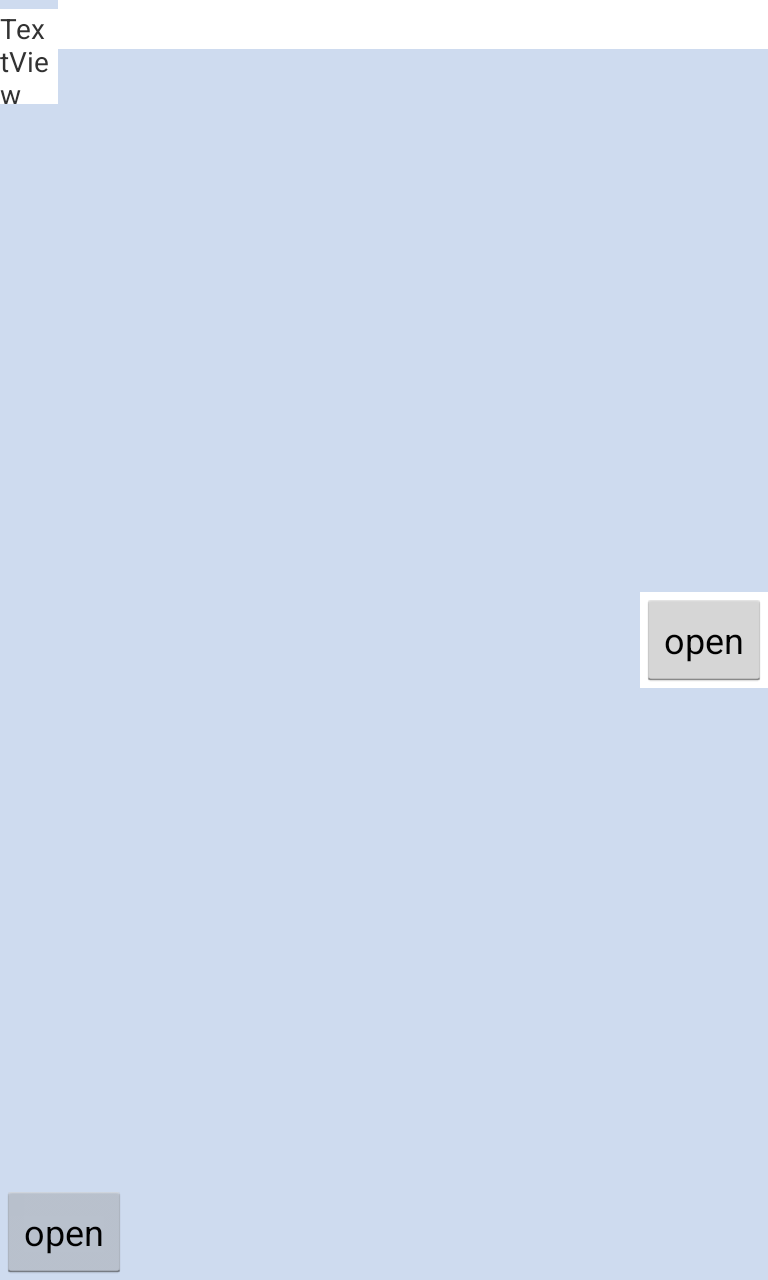
Repository: supremehappy/Android
Layout: FrameTest1/res/layout/activity_main.xml
An editor plug-in stored every save of this project. The layout is shown before and after the next save, followed by the edit.
It is drawn on a 768 x 1280 px phone screen (xhdpi) without system bars, with theme AppTheme; the app's code is not run.

Above is the layout before, as saved 2017-09-04 02:23:18.

### FrameTest1/res/layout/activity_main.xml
<FrameLayout xmlns:android="http://schemas.android.com/apk/res/android"
    xmlns:tools="http://schemas.android.com/tools"
    android:id="@+id/FrameLayout1"
    android:layout_width="match_parent"
    android:layout_height="match_parent"
    tools:context="${relativePackage}.${activityClass}" >

    <LinearLayout
        android:layout_width="match_parent"
        android:layout_height="match_parent"
        android:background="#cedbef"
        android:orientation="vertical" >

        <LinearLayout
            android:layout_width="match_parent"
            android:layout_height="wrap_content" >

            <TextView
                android:id="@+id/textView1"
                android:layout_width="wrap_content"
                android:layout_height="wrap_content"
                android:layout_weight="1"
                android:background="#ffffff"
                android:text="TextView" />

            <EditText
                android:id="@+id/editText1"
                android:layout_width="match_parent"
                android:layout_height="wrap_content"
                android:layout_weight="1"
                android:background="#ffffff"
                android:ems="10" />

        </LinearLayout>

    </LinearLayout>

    <LinearLayout
        android:id="@+id/my_layout"
        android:layout_width="200dp"
        android:layout_height="match_parent"
        android:background="#d9ceef"
        android:orientation="vertical"
        android:gravity="right"
        android:visibility="gone"  >

        <LinearLayout
            android:layout_width="match_parent"
            android:layout_height="wrap_content" >

            <TextView
                android:id="@+id/textView2"
                android:layout_width="wrap_content"
                android:layout_height="wrap_content"
                android:layout_weight="1"
                android:text="TextView" />

            <EditText
                android:id="@+id/editText2"
                android:layout_width="wrap_content"
                android:layout_height="wrap_content"
                android:layout_weight="1"
                android:ems="10" >

                <requestFocus />
            </EditText>

        </LinearLayout>

        <LinearLayout
            android:layout_width="match_parent"
            android:layout_height="wrap_content" >

            <Button
                android:id="@+id/button1"
                android:layout_width="wrap_content"
                android:layout_height="wrap_content"
                android:text="Button" />

            <Button
                android:id="@+id/button2"
                android:layout_width="wrap_content"
                android:layout_height="wrap_content"
                android:text="Button" />

        </LinearLayout>

    </LinearLayout>

    <LinearLayout
        android:id="@+id/my_layout1"
        android:layout_width="200dp"
        android:layout_height="match_parent"
        android:background="#efcee9"
        android:orientation="vertical"
        android:gravity="left"
        android:visibility="gone" >

        <LinearLayout
            android:layout_width="match_parent"
            android:layout_height="wrap_content"
            android:orientation="vertical" >

            <TextView
                android:id="@+id/textView3"
                android:layout_width="wrap_content"
                android:layout_height="wrap_content"
                android:text="TextView" />

            <EditText
                android:id="@+id/editText3"
                android:layout_width="match_parent"
                android:layout_height="wrap_content"
                android:ems="10" />

        </LinearLayout>

    </LinearLayout>

    <LinearLayout
        android:layout_width="wrap_content"
        android:layout_height="wrap_content"
        android:background="#ffffff"
        android:layout_gravity="right|center_vertical"
        android:orientation="vertical" >

        <Button
            android:id="@+id/btn_open"
            android:layout_width="wrap_content"
            android:layout_height="wrap_content"
            android:text="open" />

    </LinearLayout>

    <LinearLayout
        android:layout_width="match_parent"
        android:layout_height="match_parent"
        android:gravity="bottom|left"
        android:orientation="vertical" >

        <Button
            android:id="@+id/btn_open1"
            android:layout_width="wrap_content"
            android:layout_height="wrap_content"
            android:text="open" />

    </LinearLayout>

</FrameLayout>

Loaded but not shown: FrameTest1/res/values/styles.xml (common file); FrameTest1/res/values-v11/styles.xml (common file); FrameTest1/res/values-v14/styles.xml (common file)

After the next save:
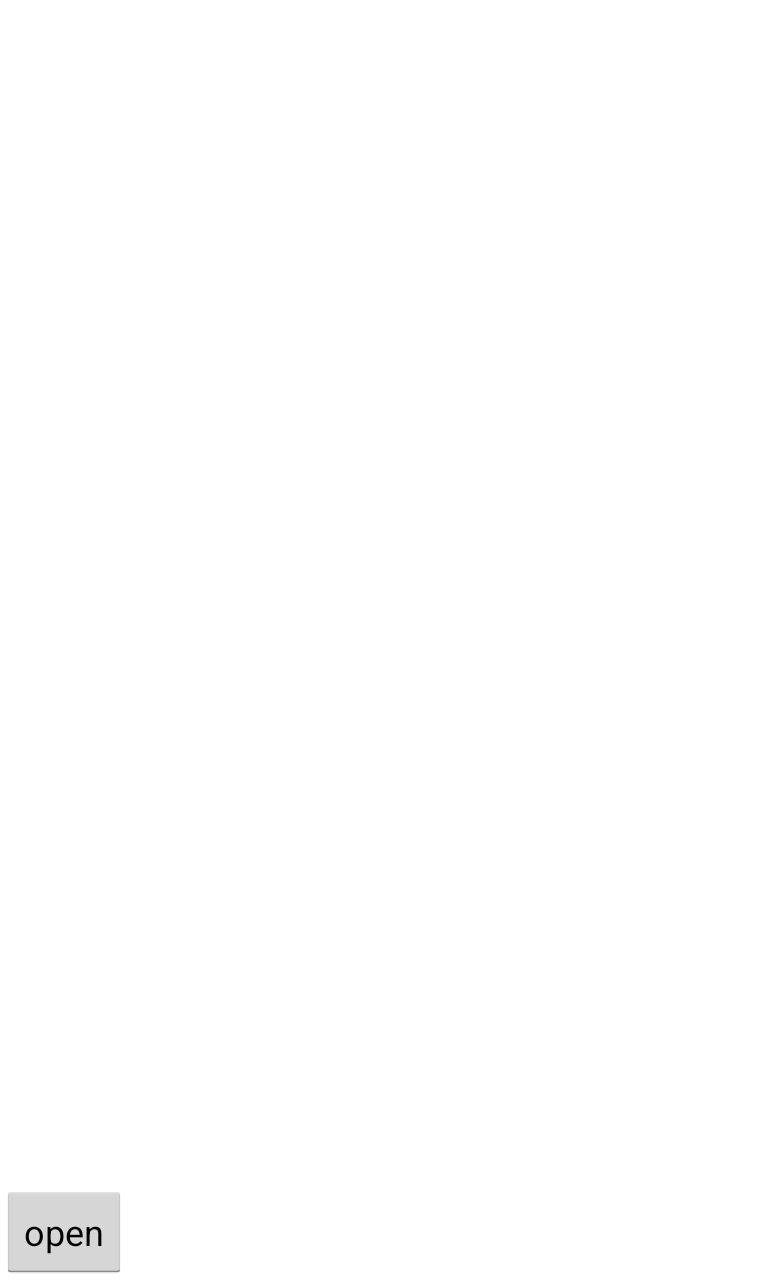
Saved 45 s later.
--- a/FrameTest1/res/layout/activity_main.xml
+++ b/FrameTest1/res/layout/activity_main.xml
@@ -136,6 +136,7 @@
         android:layout_width="match_parent"
         android:layout_height="match_parent"
         android:gravity="bottom|left"
+        android:background="#ffffff"
         android:orientation="vertical" >
 
         <Button

After the save that followed:
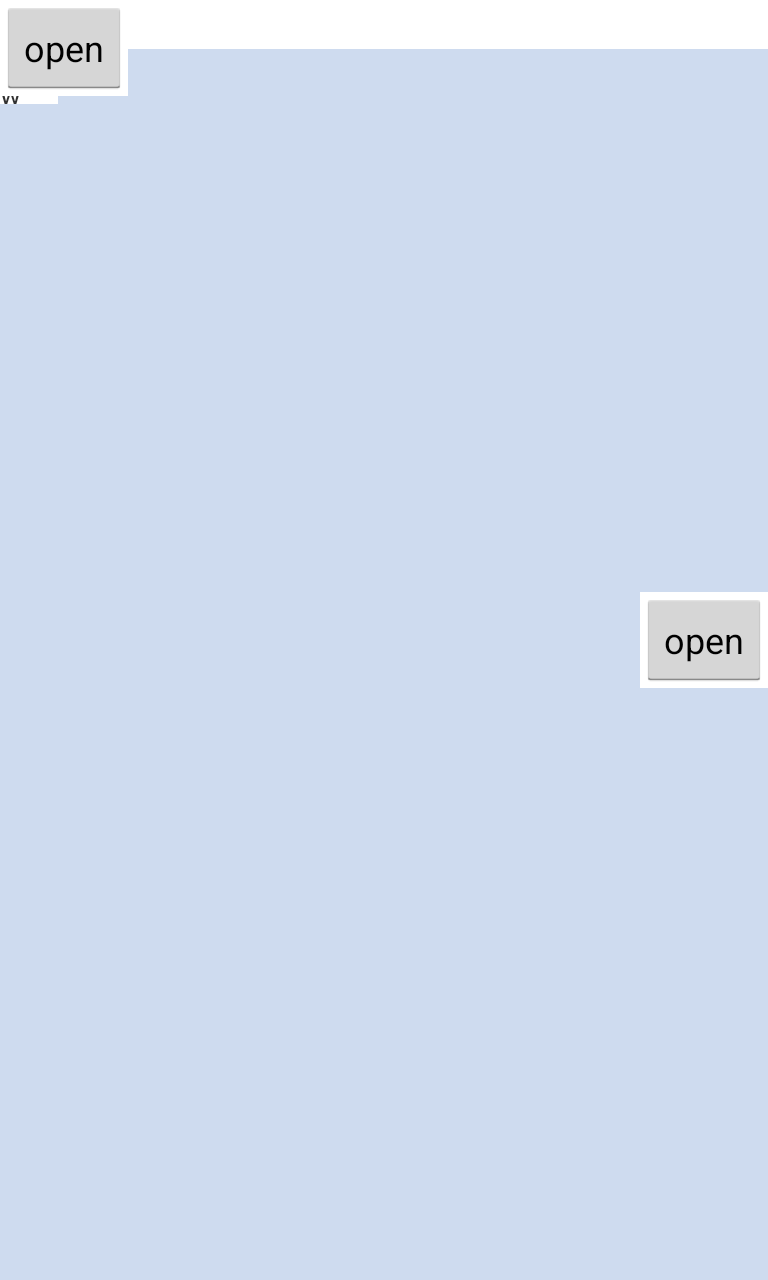
Saved 16 s later.
--- a/FrameTest1/res/layout/activity_main.xml
+++ b/FrameTest1/res/layout/activity_main.xml
@@ -133,8 +133,8 @@
     </LinearLayout>
 
     <LinearLayout
-        android:layout_width="match_parent"
-        android:layout_height="match_parent"
+        android:layout_width="wrap_content"
+        android:layout_height="wrap_content"
         android:gravity="bottom|left"
         android:background="#ffffff"
         android:orientation="vertical" >
